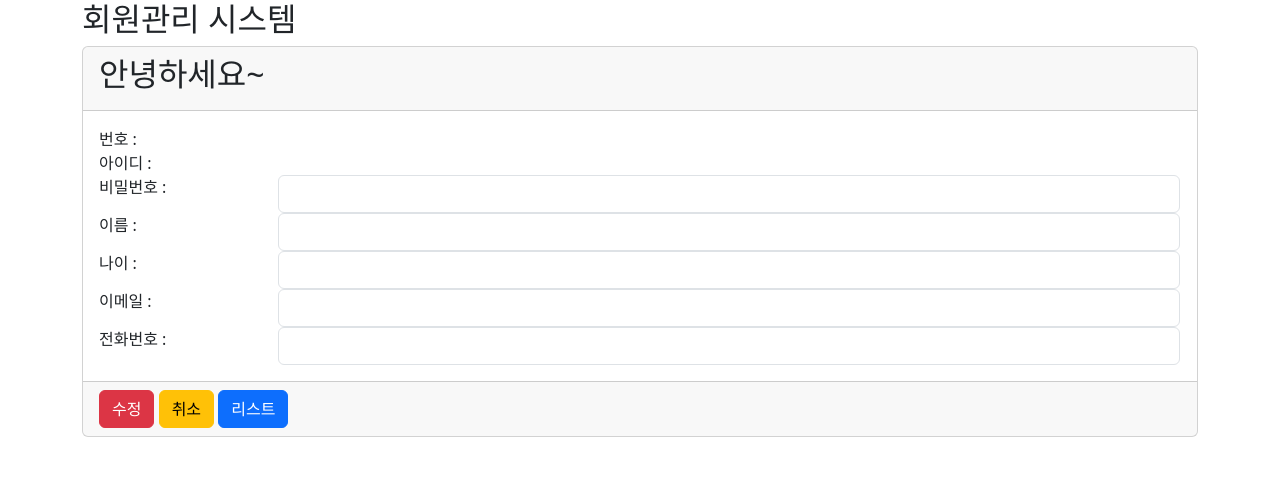
Repository: jungwoonAn/web_ex
Page: http://localhost/MVC06/WEB-INF/member/memberContent.jsp
These files come from the project's save history. The page is drawn as it stood at one moment and after the next save; the edit follows.
The browser window is 1280 px wide. The pictures show the whole page.
The page is served by Tomcat 9. Nobody is signed in. Other server files are loaded and not shown. The template is opened directly, without the code that normally fills it, so the values that code supplies are empty.

Above is the page before, as saved 2024-09-08 07:54:31.

### MVC06/src/main/webapp/WEB-INF/member/memberContent.jsp
<%@page import="kr.bit.model.MemberVO"%>
<%@page import="kr.bit.model.MemberDAO"%>
<%@ page language="java" contentType="text/html; charset=UTF-8"
    pageEncoding="UTF-8"%>
<%
  	//MemberVO vo = (MemberVO)request.getAttribute("vo");
%>
<%@ taglib prefix="c" uri="http://java.sun.com/jsp/jstl/core" %>
<c:set var="ctx" value="${pageContext.request.contextPath}"/>
<!DOCTYPE html>
<html>
<head>
<meta charset="UTF-8">
<meta name="viewport" content="width=device-width, initial-scale=1">
<link href="https://cdn.jsdelivr.net/npm/bootstrap@5.3.3/dist/css/bootstrap.min.css" rel="stylesheet" integrity="sha384-QWTKZyjpPEjISv5WaRU9OFeRpok6YctnYmDr5pNlyT2bRjXh0JMhjY6hW+ALEwIH" crossorigin="anonymous">
<script src="https://cdn.jsdelivr.net/npm/bootstrap@5.3.3/dist/js/bootstrap.bundle.min.js" integrity="sha384-YvpcrYf0tY3lHB60NNkmXc5s9fDVZLESaAA55NDzOxhy9GkcIdslK1eN7N6jIeHz" crossorigin="anonymous"></script>
<title>회원 정보</title>
</head>
<body>
  <div class="container">
    <h2>회원관리 시스템</h2>
    <div class="card">
      <div class="card-header">
        <c:if test="${sessionScope.userId != null && scssionScope.userId != ''}">
	      <h2>${sessionScope.userName}님 환영합니다.</h2>
	    </c:if>
	    <c:if test="${sessionScope.userId == null || scssionScope.userId == ''}">
	      <h2>안녕하세요~</h2>
	    </c:if>
      </div>
      <div class="card-body">
        <form id="form1" name="form1" class="form-horizontal" action="${ctx}/memberUpdate.do" method="post">
          <input type="hidden" name="num" value="${vo.num}">
	        <div class="input-group">
	          <label class="control-label col-sm-2">번호 : </label>
	          <div class="col-sm-10">
	            <c:out value="${vo.num}" />
	          </div>
	        </div>
	        <div class="input-group">
	          <label class="control-label col-sm-2">아이디 : </label>
	          <div class="col-sm-10">
	            <c:out value="${vo.id}" />
	          </div>
	        </div>
	        <div class="input-group">
	          <label class="control-label col-sm-2">비밀번호 : </label>
	          <div class="col-sm-10">
	            <input type="password" class="form-control" id="pass" name="pass" value="${vo.pass}">
	          </div>
	        </div>
	        <div class="input-group">
	          <label class="control-label col-sm-2">이름 : </label>
	          <div class="col-sm-10">
	            <input type="text" class="form-control" id="name" name="name" value="${vo.name}">
	          </div>
	        </div>
	        <div class="input-group">
	          <label class="control-label col-sm-2">나이 : </label>
	          <div class="col-sm-10">
	            <input type="text" class="form-control" id="age" name="age" value="${vo.age}">
	          </div>
	        </div>
	        <div class="input-group">
	          <label class="control-label col-sm-2">이메일 : </label>
	          <div class="col-sm-10">
	            <input type="text" class="form-control" id="email" name="email" value="${vo.email}">
	          </div>
	        </div>
	        <div class="input-group">
	          <label class="control-label col-sm-2">전화번호 : </label>
	          <div class="col-sm-10">
	            <input type="text" class="form-control" id="phone" name="phone" value="${vo.phone}">
	          </div>
	        </div>
		</form>
	  </div>
	  <div class="card-footer">
	    <button type="button" class="btn btn-danger">수정</button>
		<button type="button" class="btn btn-warning">취소</button>
		<button type="button" onclick="location.href='${ctx}/memberList.do'" class="btn btn-primary">리스트</button>
	  </div>
    </div>
  </div>
</body>
</html>

After the next save:
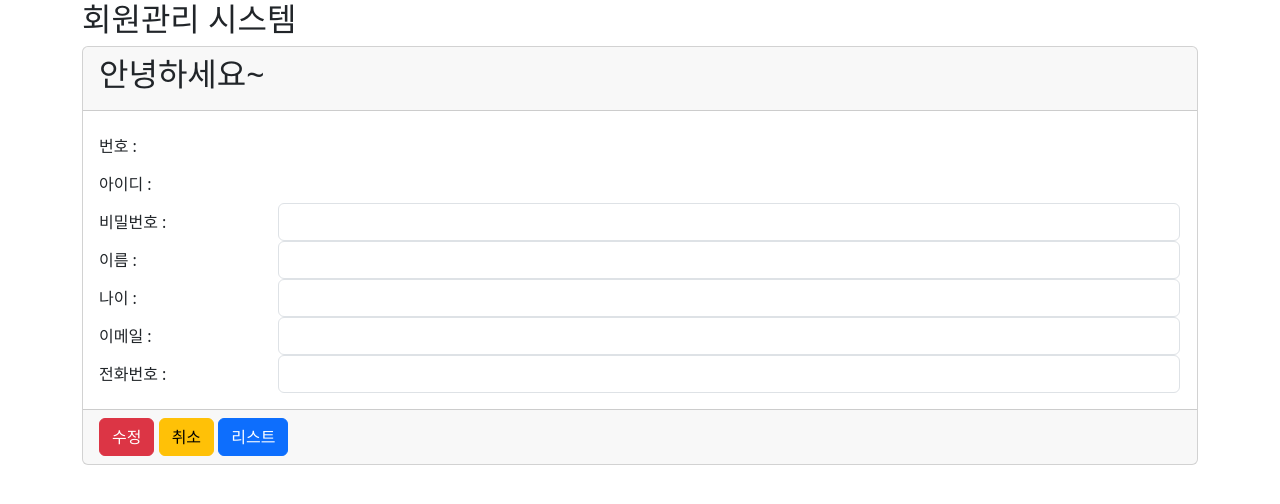
Saved 4 min 32 s later.
--- a/MVC06/src/main/webapp/WEB-INF/member/memberContent.jsp
+++ b/MVC06/src/main/webapp/WEB-INF/member/memberContent.jsp
@@ -32,43 +32,43 @@
         <form id="form1" name="form1" class="form-horizontal" action="${ctx}/memberUpdate.do" method="post">
           <input type="hidden" name="num" value="${vo.num}">
 	        <div class="input-group">
-	          <label class="control-label col-sm-2">번호 : </label>
+	          <label class="col-form-label col-sm-2">번호 : </label>
 	          <div class="col-sm-10">
 	            <c:out value="${vo.num}" />
 	          </div>
 	        </div>
 	        <div class="input-group">
-	          <label class="control-label col-sm-2">아이디 : </label>
+	          <label class="col-form-label col-sm-2">아이디 : </label>
 	          <div class="col-sm-10">
 	            <c:out value="${vo.id}" />
 	          </div>
 	        </div>
 	        <div class="input-group">
-	          <label class="control-label col-sm-2">비밀번호 : </label>
+	          <label class="col-form-label col-sm-2">비밀번호 : </label>
 	          <div class="col-sm-10">
 	            <input type="password" class="form-control" id="pass" name="pass" value="${vo.pass}">
 	          </div>
 	        </div>
 	        <div class="input-group">
-	          <label class="control-label col-sm-2">이름 : </label>
+	          <label class="col-form-label col-sm-2">이름 : </label>
 	          <div class="col-sm-10">
 	            <input type="text" class="form-control" id="name" name="name" value="${vo.name}">
 	          </div>
 	        </div>
 	        <div class="input-group">
-	          <label class="control-label col-sm-2">나이 : </label>
+	          <label class="col-form-label col-sm-2">나이 : </label>
 	          <div class="col-sm-10">
 	            <input type="text" class="form-control" id="age" name="age" value="${vo.age}">
 	          </div>
 	        </div>
 	        <div class="input-group">
-	          <label class="control-label col-sm-2">이메일 : </label>
+	          <label class="col-form-label col-sm-2">이메일 : </label>
 	          <div class="col-sm-10">
 	            <input type="text" class="form-control" id="email" name="email" value="${vo.email}">
 	          </div>
 	        </div>
 	        <div class="input-group">
-	          <label class="control-label col-sm-2">전화번호 : </label>
+	          <label class="col-form-label col-sm-2">전화번호 : </label>
 	          <div class="col-sm-10">
 	            <input type="text" class="form-control" id="phone" name="phone" value="${vo.phone}">
 	          </div>
